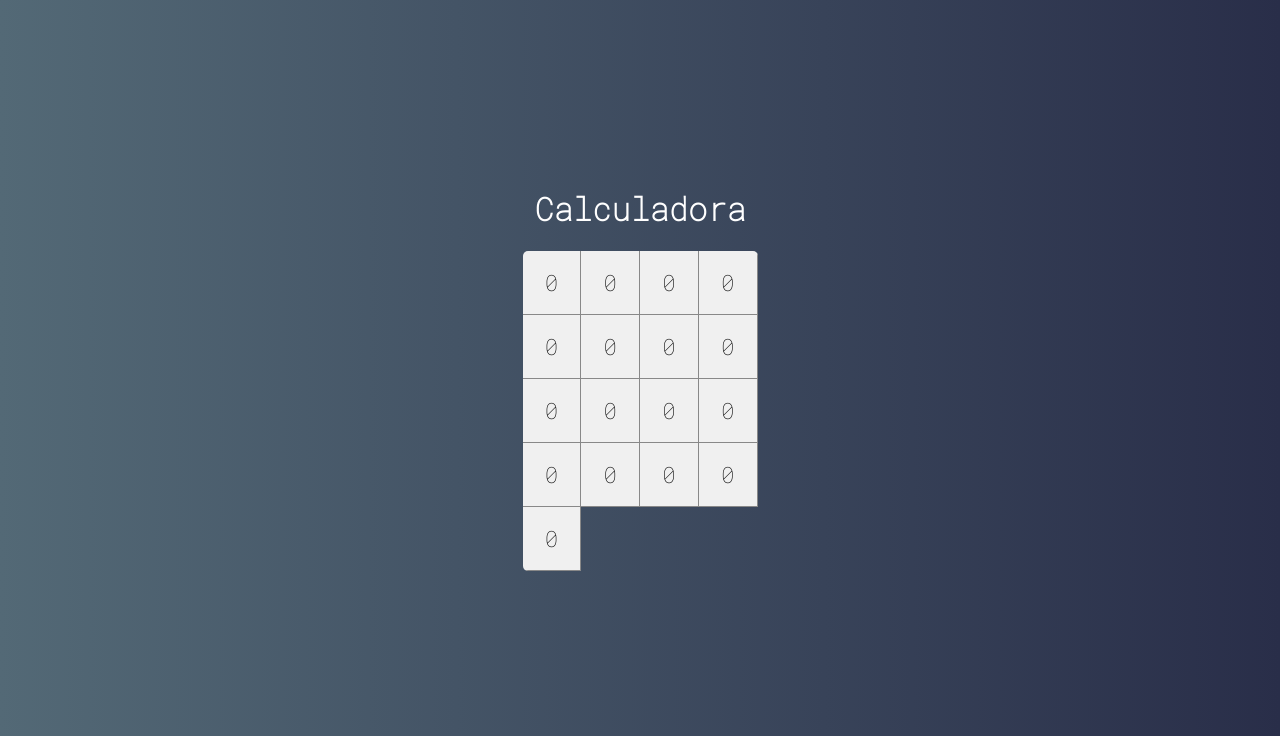
Repository: wellingtondevops/react-Calculator
Page: / (app in calculadora/)
An editor plug-in stored every save of this project. The page is shown before and after the next save, followed by the edit.
The browser window is 1280 px wide. The pictures show the whole page.
The project was rebuilt for these pictures with package versions that can differ from the ones it lists, and the page was loaded fresh each time.

Above is the page before, as saved 2020-05-07 14:30:24.

### calculadora/src/index.js
import React from 'react';
import ReactDOM from 'react-dom';
import './index.css';
import Calculator from './main/Calculator'
import * as serviceWorker from './serviceWorker';

ReactDOM.render(
  <div>
  <h1>Calculadora</h1>
  <Calculator />
  </div>,
  document.getElementById('root')
);

// If you want your app to work offline and load faster, you can change
// unregister() to register() below. Note this comes with some pitfalls.
// Learn more about service workers: https://bit.ly/CRA-PWA
serviceWorker.unregister();

### calculadora/src/index.css
@font-face {
  font-family: 'RobotoMono';
  src: url('./fonts/RobotoMono-Thin.ttf')
}

* {
  font-family: 'RobotoMOno', monospace;
}

body {
  display: flex;
  height: 100vh;
  justify-content: center;
  align-items: center;
  text-align: center;

  color: #fff;
  background: linear-gradient(to right, rgb(83, 105 , 118), rgb(41, 46, 73));


}

### calculadora/src/main/Calculator.jsx
import React, {Component} from 'react'
import './Calculator.css'
import Button from '../components/Button'

export default class Calculator extends Component {
    render() {
        return (
            <div className="calculator">
                <Button label="AC"/>
                <Button label="/" />
                <Button label="7" />
                <Button label="8" />
                <Button label="9" />
                <Button label="*" />
                <Button label="4" />
                <Button label="5" />
                <Button label="6" />
                <Button label="-" />
                <Button label="1" />
                <Button label="2" />
                <Button label="3" />
                <Button label="+" />
                <Button label="0" />
                <Button label="." />
                <Button label="=" />
            </div>
        )
    }
}

### calculadora/src/main/Calculator.css
.calculator {
    height: 320px;
    width: 235px;
    border-radius: 5px;
    overflow: hidden;
    display: grid;
    grid-template-columns: repeat(4,25%);
}

### calculadora/src/components/Button.jsx
import React from 'react'
import './Button.css'


export default props =>
    <button className='button'>0</button>

### calculadora/src/components/Button.css
:root {
    --bg-button: #f0f0f0;
    --border-button: solid 1px #888;

}

.button {
    font-size: 1.4em;
    background-color:  var(--bg-button);
    border: none;
    border-right: var(--border-button);
    border-bottom: var(--border-button)
}

Loaded but not shown: calculadora/public/index.html (common file); calculadora/src/serviceWorker.js (common file)

After the next save:
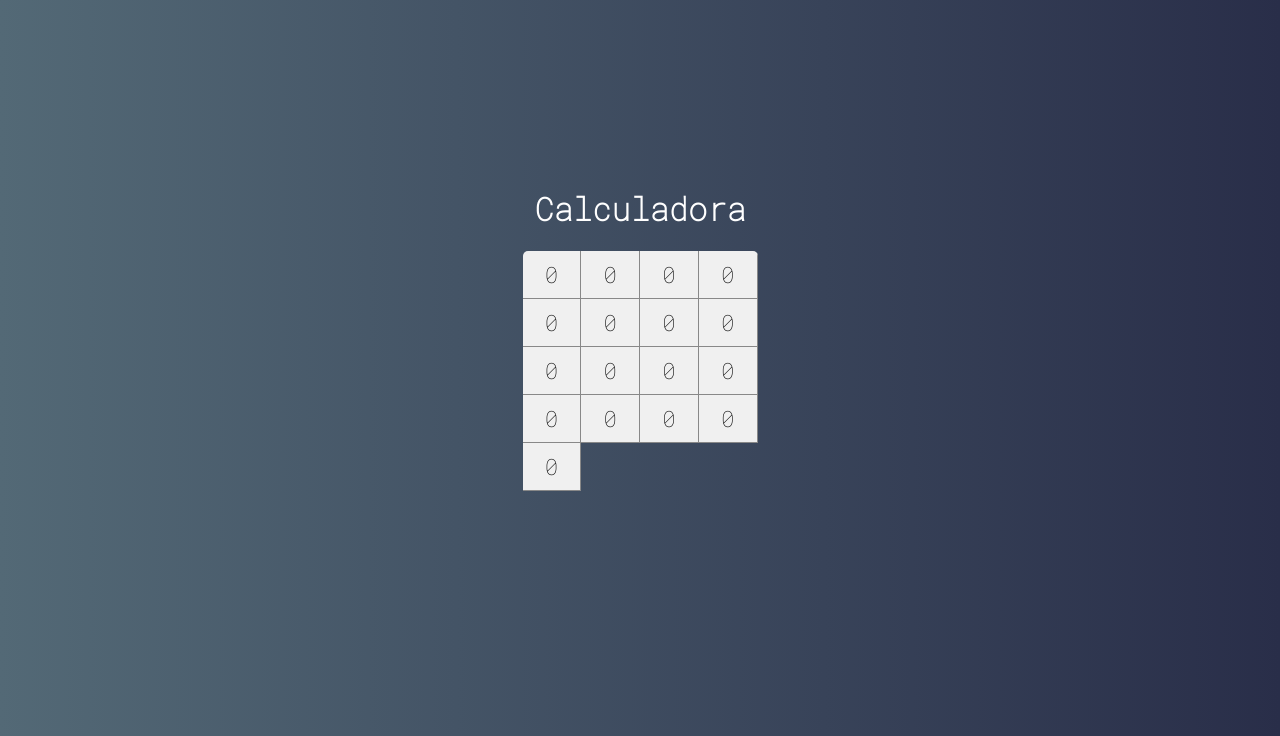
Saved 52 s later.
--- a/calculadora/src/main/Calculator.css
+++ b/calculadora/src/main/Calculator.css
@@ -5,4 +5,5 @@
     overflow: hidden;
     display: grid;
     grid-template-columns: repeat(4,25%);
+    grid-template-rows: 48px 48px 48px 48px 48px ;
 }
